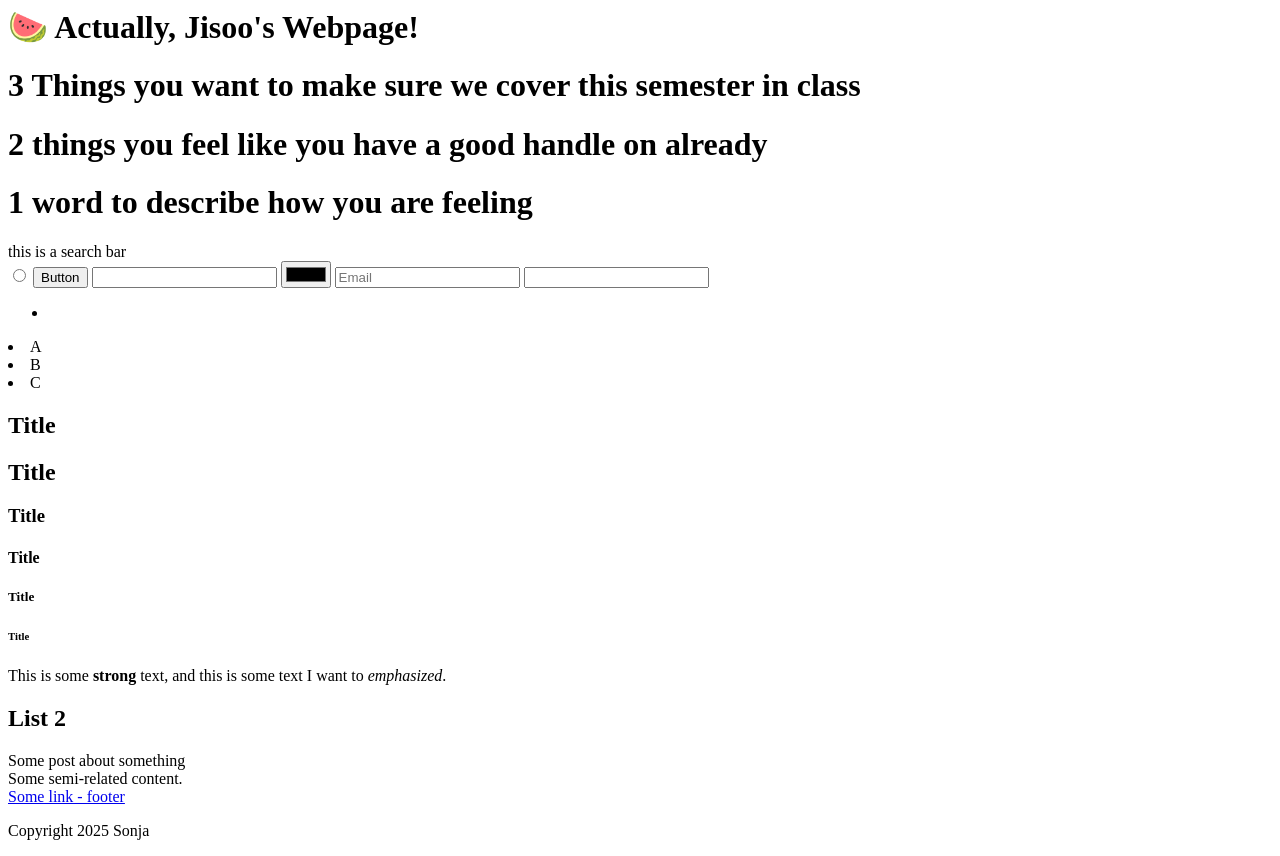
Repository: j1s00jang/MDIA-2109
Page: index.html
These files come from the project's save history. The page is drawn as it stood at one moment and after the next save; the edit follows.
The browser window is 1280 px wide. The pictures show the whole page.

Above is the page before, as saved 2025-01-26 23:19:19.

After the next save:
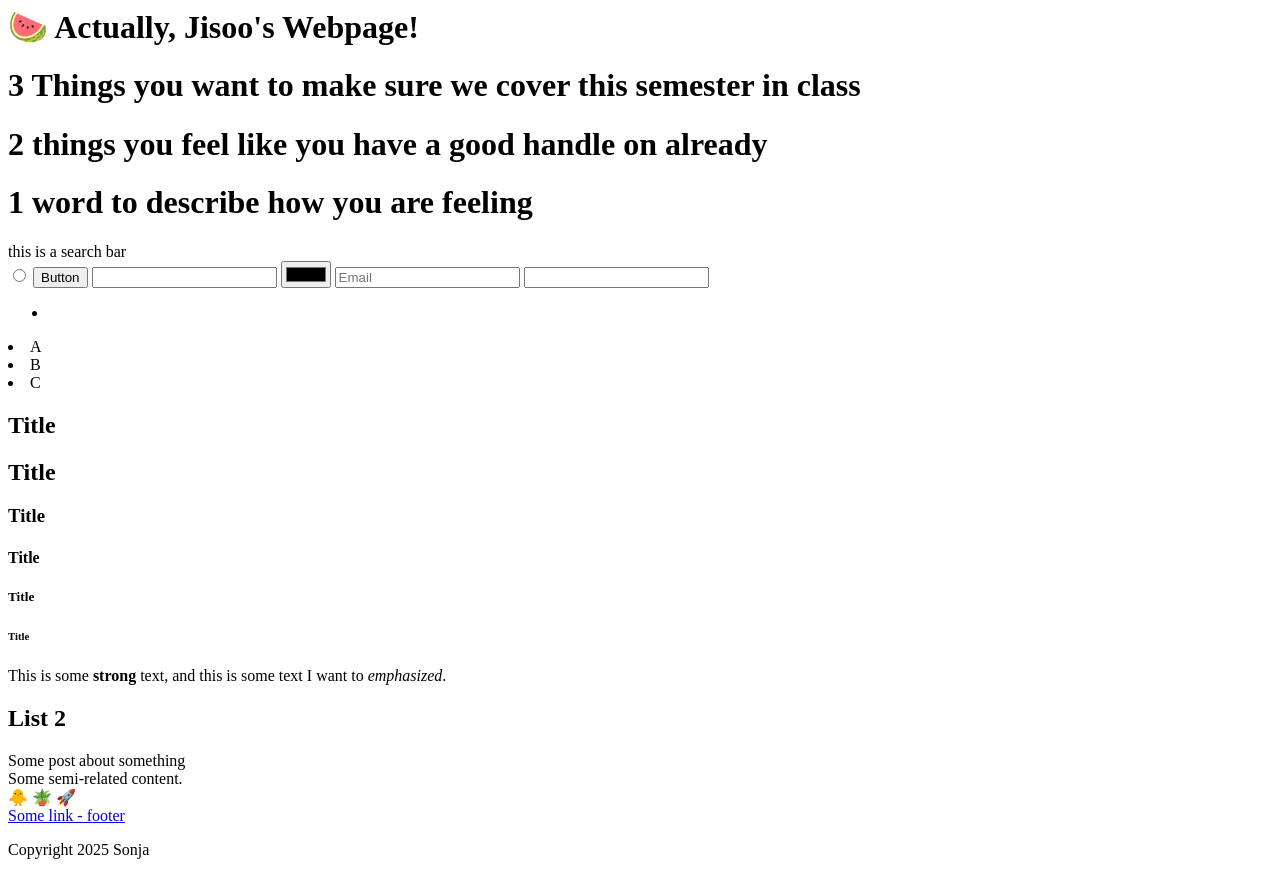
Saved 28 days later.
--- a/index.html
+++ b/index.html
@@ -58,6 +58,14 @@
             <aside tabindex="10">
                 Some semi-related content.
             </aside>
+
+            <div class="css">
+                <span class="css__spinner spin">🐥</span>
+                <span class="css__spinner moreSpin">🪴</span>
+                <span class="css__spinner mostSpin">🚀</span>
+            </div>
+
+
             <footer>
                 <a href="/">Some link - footer</a>
                 <p>Copyright 2025 Sonja</p>
